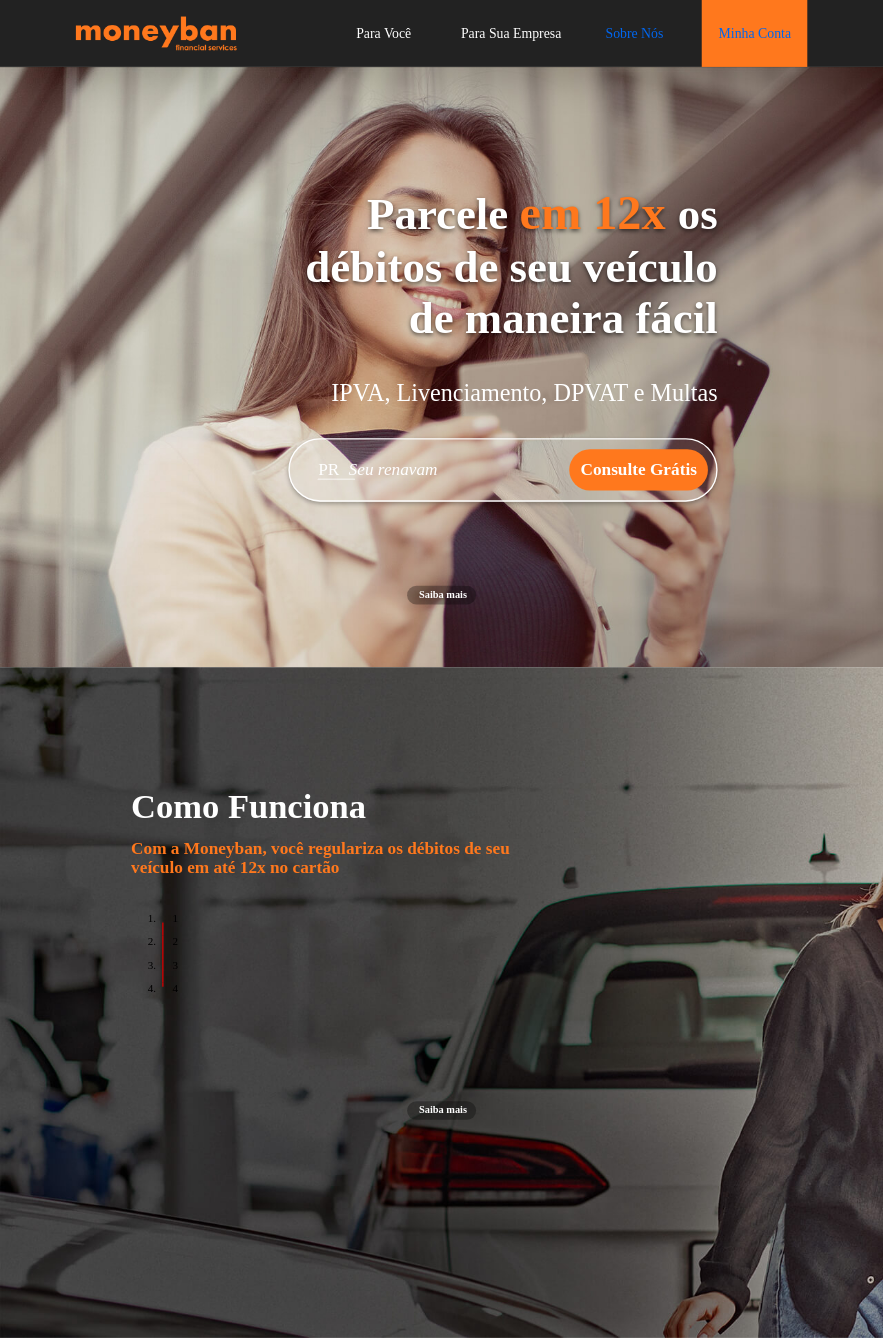
Repository: IvanCardoso91/moneyban
Page: index.html
These files come from the project's save history. The page is drawn as it stood at one moment and after the next save; the edit follows.
The browser window is 1280 px wide. The pictures show the whole page, at 69% of full size.
Some icons come from a web library that is not loaded, so they are not drawn. Some web fonts or font styles are not loaded; a fallback is used.

Above is the page before, as saved 2020-12-18 13:54:07.

### index.html
<!DOCTYPE html>
<html lang="en">

<head>
    <meta charset="UTF-8">
    <meta name="viewport" content="width=device-width, initial-scale=1.0">
    <link rel="stylesheet" href="./style/main-style.css" type="text/css">
    <link href="/Repositorios/site-moneyban/assets/fontawesome-free/css/all.css" rel="stylesheet">
    <title>Moneyban</title>
    <div class="menu-box">
        <div class="site-title">
            <img src="./assets/img/moneyban 3.png" alt="moneyban" width="233" height="49" />
        </div>
        <div class="menu-options">
            <div style="height: 100%; display: flex;align-items: center;">
                <button onclick="myFunction('personal')" class="menu-options-btn menu-options-text">Para Você <i class="fas fa-chevron-down"></i></button>
                <div style="position: absolute; margin-top: 335px;">
                    <div id="myDropdown" class="dropdown-content">
                        <a>Detran Parcelado</a>
                        <a>Credito Pessoal <span>(em breve)</span></a>
                        <a>Conta Digital <span>(em breve)</span></a>
                        <a>Cartão Internacional <span>(em breve)</span></a>
                        <a>Seguro de Celular <span>(em breve)</span></a>
                    </div>
                </div>
            </div>
            <div style="height: 100%; display: flex;align-items: center;">
                <button onclick="myFunction('enterprise')" class="menu-options-btn menu-options-text">Para Sua Empresa <i class="fas fa-chevron-down"></i></button>
                <div style="position: absolute; margin-top: 295px;">
                    <div id="enterpriseDropdown" class="dropdown-content" style="margin-left: 18px;">
                        <a>Detran Parcelado Frota</a>
                        <a>Capital de Giro <span>(em breve)</span></a>
                        <a>Conta Digital <span>(em breve)</span></a>
                        <a>Cartão Internacional <span>(em breve)</span></a>
                    </div>
                </div>
            </div>
            <div style="height: 100%; display: flex;align-items: center;">
                <span class="menu-options-text"><a>Sobre Nós</a></span>
            </div>
            <div class="menu-options-my-account"><a>Minha Conta</a></div>
        </div>
    </div>
</head>

<body>
    <div class="box-img1">
        <div class="right-side-box">
            <span class="right-side-text">Parcele <span style="color: #FF781D !important; font-size: 70px; font-weight: bold"> em 12x </span> os débitos de seu veículo de maneira fácil</span>
        </div>
        <div class="right-side-box2">
            <span class="right-side-text2">IPVA, Livenciamento, DPVAT e Multas</span>
        </div>
        <div class="right-side-box3">
            <form method="post" action="https://consulta.moneyban.com.br/licenciamento.php" name="form">
                <select>
                    <option value="PR">PR</option>
                    <option value="SP">SP</option>
                </select>
                <i class="fa fa-chevron-down"></i>
                <input type="text" placeholder="Seu renavam" id="renavam" name="crenavam" maxlength="11">
                <button type="submit" id="btn-submit">Consulte Grátis</button>
            </form>
        </div>
        <div class="center-know-more">
            <a href="#"><button class="know-more-box">Saiba mais <i class="fas fa-chevron-down"></i></button></a>
        </div>
    </div>
    <div class="box-img2">
        <div class="left-side-box">
            <span class="left-side-text">Como Funciona</span>
            <br/>
            <br/>
            <span class="work-moneyban-text">Com a Moneyban, você regulariza os débitos de seu veículo em até 12x no cartão</span>
        </div>
        <div class="left-side-box2">
            <ol>
                <li>1</li>
                <li>2</li>
                <li>3</li>
                <li>4</li>
            </ol>
        </div>

        <div class="center-know-more">
            <a href="#"><button class="know-more-box">Saiba mais <i class="fas fa-chevron-down"></i></button></a>
        </div>
    </div>





    <script type="text/javascript" src="./script/main-index.js"></script>
</body>

</html>

### style/main-style.css
@font-face {
    font-family: 'Century Gothic';
    src: url('/Repositorios/site-moneyban/assets/fonts/Century_Gothic.ttf')
}

body {
    margin: 0px;
}

a {
    cursor: pointer;
}


/* MENU HEADER */

.menu-box {
    background-color: #222222;
    width: 100%;
    display: flex;
    flex-direction: row;
    justify-content: space-evenly;
    height: 97px;
}

.site-title {
    display: flex;
    align-items: center;
}

.title-text {
    color: #FF781D;
    font-family: 'Century Gothic';
    font-weight: bold;
}

.subtitle-text {
    color: #FF781D;
    font-family: 'Century Gothic';
}

.menu-options {
    display: flex;
    align-items: center;
    justify-content: flex-end;
}

.menu-options-text {
    color: #FFFFFF;
    font-size: 20px;
    font-family: 'Century Gothic';
    margin-left: 56px;
    background-color: #0000;
    border-color: #0000;
    cursor: pointer;
}

.menu-options-text:focus {
    outline: 0;
}

.menu-options-my-account {
    background-color: #FF781D;
    color: #FFFFFF;
    font-size: 20px;
    font-family: 'Century Gothic';
    margin-left: 56px;
    height: 100%;
    display: flex;
    align-items: center;
    padding: 0px 24px;
}

.fa-chevron-down {
    color: #FF781D;
    pointer-events: none;
}


/* FIM DO MENU HEADER */


/* DROPDOWN */

.dropdown {
    position: relative;
    display: inline-block;
}

.dropdown-content {
    display: none;
    font-size: 14px;
    font-family: 'Century Gothic';
    background-color: #222222B3;
    cursor: pointer;
    opacity: 1;
    border: 2px solid transparent;
    border-top-color: #FF781D;
    transition: all 2s ease-in-out;
}

.dropdown-content a {
    color: #FFFFFF !important
}

.dropdown-content span {
    color: #FF781D !important;
    font-size: 10px
}

.dropdown-content a {
    color: black;
    padding: 12px 16px;
    text-decoration: none;
    display: block;
}

.dropdown a:hover {
    background-color: #ddd;
}

.show {
    display: flex;
    flex-direction: column;
    align-content: flex-start;
    width: 292px;
    padding: 15px;
}


/* FIM DO DROPDOWN */


/* PRIMEIRA DIV-IMAGEM */

.box-img1 {
    display: flex;
    flex-direction: column;
    align-items: flex-end;
    height: 870px;
    background-image: url('/Repositorios/site-moneyban/assets/img/bg-home-parcelar-documentos-carro-moto.jpg');
}

.right-side-box {
    margin-top: 172px;
    margin-right: 240px;
    width: 608px;
    height: 321px;
    text-align: right;
}

.right-side-box2 {
    padding: 20px 0px;
    margin-right: 240px;
    width: 608px;
    height: 80px;
    text-align: right;
}

.right-side-box3 {
    margin-right: 240px;
    height: 86px;
    text-align: center;
    background: #FFFFFF26 0% 0% no-repeat padding-box;
    box-shadow: 0px 3px 6px #0000004D;
    border: 2px solid #fff;
    border-radius: 51px;
    padding: 9px 10px 9px 40px;
    display: flex;
    justify-content: center;
    align-items: center;
}

.right-side-text {
    font-size: 65px;
    font-family: 'Century Gothic';
    font-weight: bold;
    color: #FFFFFF;
    text-shadow: 0px 3px 6px #00000099;
}

.right-side-text2 {
    font-size: 35px;
    font-family: 'Century Gothic';
    font-weight: normal;
    color: #FFFFFF;
}

.center-know-more {
    align-self: center;
    height: 17%;
    margin-top: 120px;
}

.know-more-box {
    font-size: 15px;
    font-family: 'Century Gothic';
    font-weight: bold;
    color: #FFFFFF;
    background: #0000004D 0% 0% no-repeat padding-box;
    border-radius: 51px;
    opacity: 1;
    border-color: transparent;
    padding: 4px 13px 6px 17px;
    cursor: pointer;
    outline: 0;
}

select {
    -webkit-appearance: none;
    -moz-appearance: none;
    -o-appearance: none;
    appearance: none;
    width: 55px;
    margin-right: -20px;
    cursor: pointer;
    background-color: #0000;
    outline: none;
    color: #fff;
    font-family: 'Century Gothic';
    font-size: 25px;
    border-color: #0000;
    padding-right: 21px;
    border: -2px;
    border-bottom: solid 1px;
}

option {
    color: #000;
}

select::-ms-expand {
    display: none;
}

#renavam {
    background-color: transparent;
    border-color: transparent;
    padding: 10px 0px 4px 4px;
    color: #FFFFFF;
    font-family: 'Century Gothic';
    font-size: 25px;
    outline: 0;
}

#renavam::placeholder {
    color: #FFFFFF;
    font-family: 'Century Gothic';
    font-size: 25px;
    font-style: italic;
}

#btn-submit {
    background: #FF781D 0% 0% no-repeat padding-box;
    border-radius: 51px;
    opacity: 1;
    outline: 0;
    padding: 16px;
    border-color: #0000;
    color: #fff;
    font-family: 'Century Gothic';
    font-size: 25px;
    font-weight: bold;
    cursor: pointer;
}


/* FIM PRIMEIRA DIV-IMAGEM */


/* INICIO SEGUNDA DIV-IMAGEM */

.box-img2 {
    display: flex;
    flex-direction: column;
    align-items: flex-start;
    height: 972px;
    background-image: url('/Repositorios/site-moneyban/assets/img/bg-como-funciona-parcelar-documentos-carro-moto.jpg');
}

.left-side-box {
    text-align: left;
    margin-top: 172px;
    margin-left: 190px;
    width: 608px;
}

.left-side-text {
    color: #FFFFFF;
    font-family: 'Century Gothic';
    font-size: 50px;
    font-weight: bold;
}

.work-moneyban-text {
    color: #FF781D;
    font-family: 'Century Gothic';
    font-size: 25px;
    font-weight: bold;
}

.left-side-box2 {
    text-align: left;
    margin-top: 35px;
    margin-left: 190px;
    width: 608px;
}

ul {
    list-style-type: none;
}

li {
    /* You need to turn on relative positioning so the line is placed relative to the item rather than absolutely on the page */
    position: relative;
    /* Use padding to space things out rather than margins as the line would get broken up otherwise */
    margin: 0;
    padding-bottom: 1em;
    padding-left: 20px;
}


/* The actual line being placed before each list item, tweak width and color as appropriate */

li:before {
    background-color: #c00;
    width: 2px;
    content: '';
    position: absolute;
    top: 0px;
    bottom: 0px;
    left: 5px;
}


/* Start the line further down on the first list item */

li:first-child:before {
    top: 15px;
}


/* Stop the line short on the final list item */

li:last-child:before {
    height: 6px;
}


/* Styles for the SVG bullet points */

.bullet {
    margin-left: -20px;
    width: 12px;
    fill: #c00;
    float: left;
    padding-right: 10px
}

.bullet.big {
    width: 16px;
    margin-left: -22px;
    padding-right: 8px
}

a {
    color: #06e;
}

### script/main-index.js
function myFunction(option) {
    if (option === 'personal') {
        document.getElementById("myDropdown").classList.toggle("show");
        document.getElementById("enterpriseDropdown").classList.remove("show")
    } else {
        document.getElementById("enterpriseDropdown").classList.toggle("show");
        document.getElementById("myDropdown").classList.remove("show");
    }

}

// Close the dropdown if the user clicks outside of it
window.onclick = function(event) {
    if (!event.target.matches('.menu-options-btn')) {
        var dropdowns = document.getElementsByClassName("dropdown-content");
        var i;
        for (i = 0; i < dropdowns.length; i++) {
            var openDropdown = dropdowns[i];
            if (openDropdown.classList.contains('show')) {
                openDropdown.classList.remove('show');
            }
        }
    }
}

// NAO ESQUECER DE ADICIONAR O MÉTODO POST
{
    /* <form method="post" action="https://consulta.moneyban.com.br/licenciamento.php" name="form">
    	<input type="text" placeholder="Nome Completo" name="cnome">
    	<input type="email" placeholder="E-mail" name="cemail">
    	<input type="tel" placeholder="Telefone" name="cphone">
    	<input type="text" placeholder="Renavam" id="renavam" name="crenavam" maxlength="11">
    	<input type="hidden" name="cparceiro" value="">
    	<input type="hidden" name="cuf" value="PR">
    	<button type="submit" >Consultar Grátis</button>
    </form> */
}

After the next save:
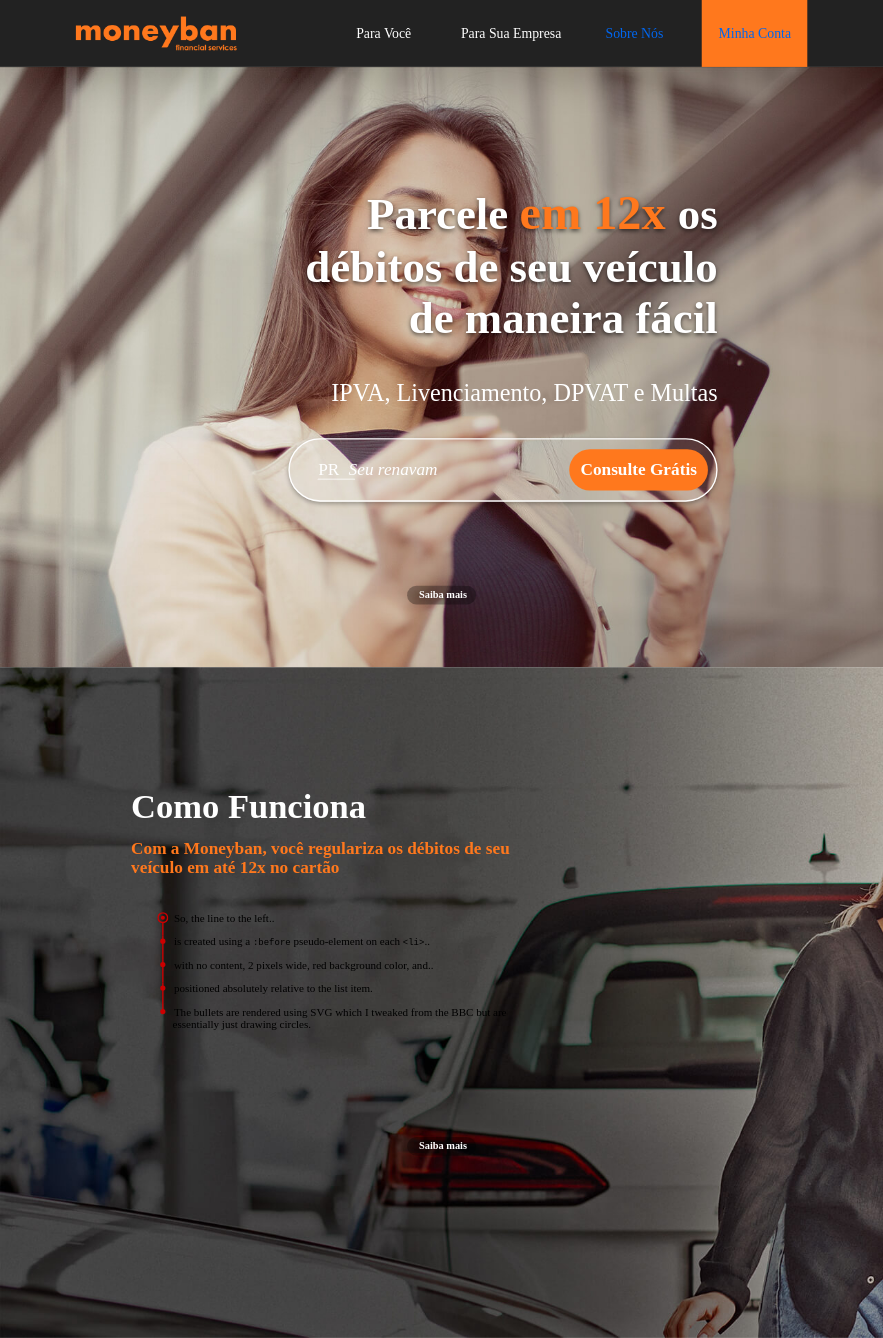
Saved 3 s later.
--- a/index.html
+++ b/index.html
@@ -74,12 +74,38 @@
             <span class="work-moneyban-text">Com a Moneyban, você regulariza os débitos de seu veículo em até 12x no cartão</span>
         </div>
         <div class="left-side-box2">
-            <ol>
-                <li>1</li>
-                <li>2</li>
-                <li>3</li>
-                <li>4</li>
-            </ol>
+            <ul>
+                <li>
+                    <div class="bullet big">
+                        <svg aria-hidden="true" viewBox="0 0 32 32" focusable="false"><path d="M16 4c6.6 0 12 5.4 12 12s-5.4 12-12 12S4 22.6 4 16 9.4 4 16 4zm0-4C7.2 0 0 7.2 0 16s7.2 16 16 16 16-7.2 16-16S24.8 0 16 0z"></path><circle cx="16" cy="16" r="6"></circle></svg>
+                    </div>
+                    So, the line to the left..
+                </li>
+                <li>
+                    <div class="bullet">
+                        <svg aria-hidden="true" viewBox="0 0 32 32" focusable="false"><circle stroke="none" cx="16" cy="16" r="10"></circle></svg>
+                    </div>
+                    is created using a <code>:before</code> pseudo-element on each <code>&lt;li&gt;</code>..
+                </li>
+                <li>
+                    <div class="bullet">
+                        <svg aria-hidden="true" viewBox="0 0 32 32" focusable="false"><circle stroke="none" cx="16" cy="16" r="10"></circle></svg>
+                    </div>
+                    with no content, 2 pixels wide, red background color, and..
+                </li>
+                <li>
+                    <div class="bullet">
+                        <svg aria-hidden="true" viewBox="0 0 32 32" focusable="false"><circle stroke="none" cx="16" cy="16" r="10"></circle></svg>
+                    </div>
+                    positioned absolutely relative to the list item.
+                </li>
+                <li>
+                    <div class="bullet">
+                        <svg aria-hidden="true" viewBox="0 0 32 32" focusable="false"><circle stroke="none" cx="16" cy="16" r="10"></circle></svg>
+                    </div>
+                    The bullets are rendered using SVG which I tweaked from the BBC but are essentially just drawing circles.
+                </li>
+            </ul>
         </div>
 
         <div class="center-know-more">
